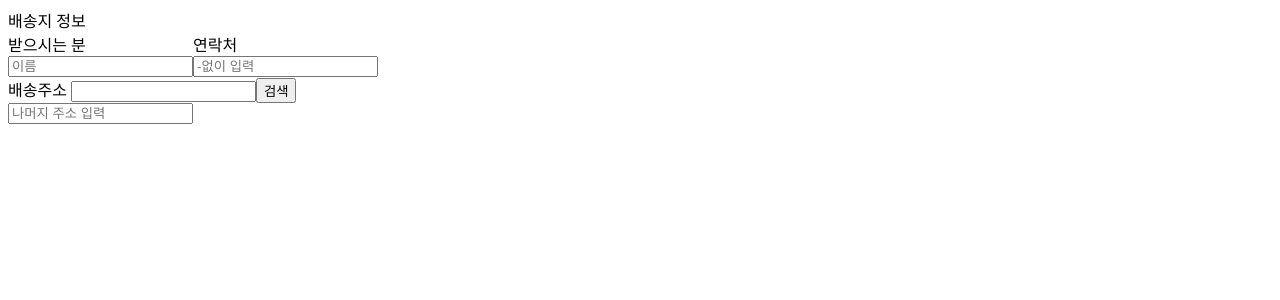
Repository: seungsu12/carrot
Page: http://localhost/carrot/order_form_second.jsp
An editor plug-in stored every save of this project. The page is shown before and after the next save, followed by the edit.
The browser window is 1280 px wide. The pictures show the whole page.
The page is served by Tomcat 9.

Above is the page before, as saved 2021-10-02 02:54:38.

After the next save:
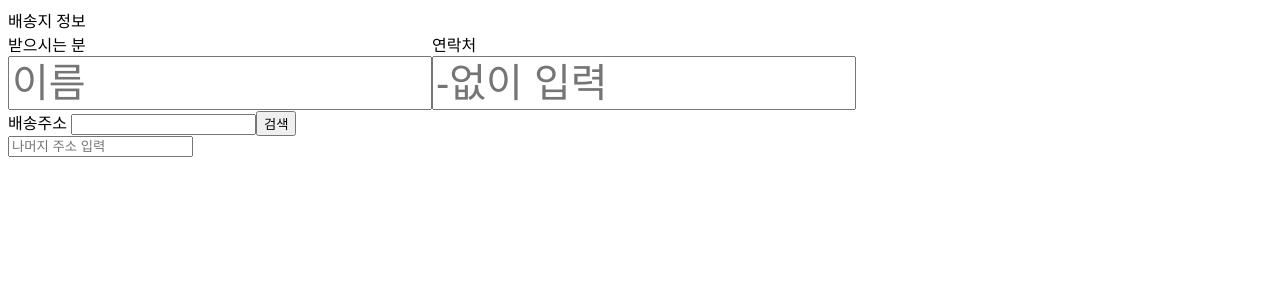
Saved 31 s later.
--- a/carrot/WebContent/order_form_second.jsp
+++ b/carrot/WebContent/order_form_second.jsp
@@ -10,7 +10,7 @@
 		display :flex;
 		jusify-content : space-between;
 	}
-	.delvier_content_first input{
+	.deliver_content_first input{
 		width: 26rem;
 		height: 3rem;
 		font-size : 2.5rem;
